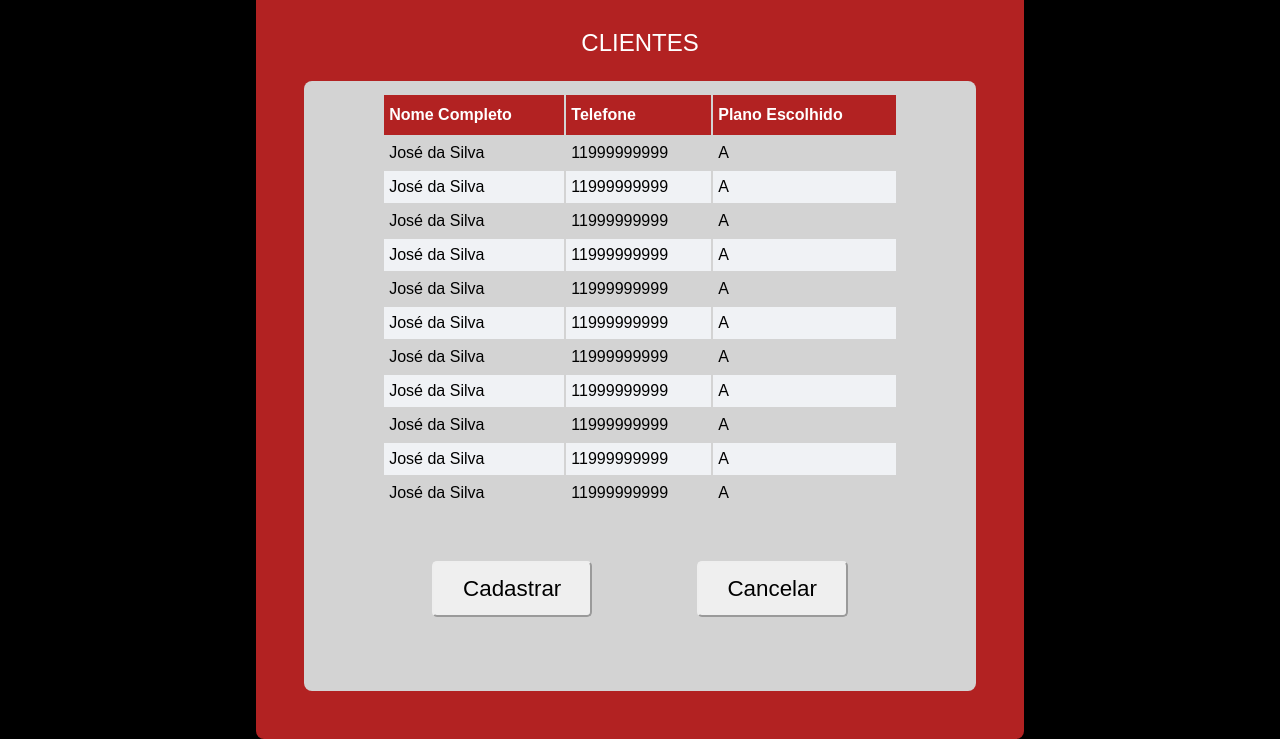
Repository: samantaProspero/projeto_integrador
Page: Versão Atual/PI_Vanila/clientes.html
An editor plug-in stored every save of this project. The page is shown before and after a run of saves, followed by the edit.
The browser window is 1280 px wide. The pictures show the whole page.

Above is the page before, as saved 2021-11-06 14:52:38.

### Versão Atual/PI_Vanila/clientes.html
<!DOCTYPE html>
<html lang="pt-BR">
<head>
  <meta charset="UTF-8">
  <meta http-equiv="X-UA-Compatible" content="IE=edge">
  <meta name="viewport" content="width=device-width, initial-scale=1.0">
  <link rel="stylesheet" type="text/css" href="_css/global.css">
  <link rel="stylesheet" type="text/css" href="_css/clientes.css">
  <title>D Lions</title>
</head>
<body id="clientes-container">
  <section class="clientes-content">
    <p>CLIENTES</p>
    <nav class="clientes-painel">
      <div class="clientes-lista">

        <div class="area-clientes">
          <table>
            <thead>
              <th>Nome Completo</th>
              <th>Telefone</th>
              <th>Plano Escolhido</th>
            </thead>
            <tbody>
              <tr>
                <td>José da Silva</td>
                <td>11999999999</td>
                <td>A</td>
              </tr>
              <tr>
                <td>José da Silva</td>
                <td>11999999999</td>
                <td>A</td>
              </tr>
              <tr>
                <td>José da Silva</td>
                <td>11999999999</td>
                <td>A</td>
              </tr>
              <tr>
                <td>José da Silva</td>
                <td>11999999999</td>
                <td>A</td>
              </tr>
              <tr>
                <td>José da Silva</td>
                <td>11999999999</td>
                <td>A</td>
              </tr>
              <tr>
                <td>José da Silva</td>
                <td>11999999999</td>
                <td>A</td>
              </tr>
              <tr>
                <td>José da Silva</td>
                <td>11999999999</td>
                <td>A</td>
              </tr>
              <tr>
                <td>José da Silva</td>
                <td>11999999999</td>
                <td>A</td>
              </tr>
              <tr>
                <td>José da Silva</td>
                <td>11999999999</td>
                <td>A</td>
              </tr>
              <tr>
                <td>José da Silva</td>
                <td>11999999999</td>
                <td>A</td>
              </tr>
              <tr>
                <td>José da Silva</td>
                <td>11999999999</td>
                <td>A</td>
              </tr>
            </tbody>
          </table>
          <div id="buttons-div">
            <button>Cadastrar</button>
            <button>Cancelar</button>
          </div>
        </div>
      </div>
    </nav>
  </section>
</body>
</html>

### Versão Atual/PI_Vanila/_css/global.css
  :root{
    --red: #E52E4D;
    --green: #33CC95;
    --blue: #5429CC;
    --blue-light: #6933FF;
    --text-title: #363F5F;
    --text-body: #969CB2;
    --background: #f0f2f5;
    --shape: #FFFFFF;
    --primary_dark: #363F5F;
  --secondary_dark: #000000;
    --primary: #FF0000;
    --bg_home: #B22222;
    --bg_cadastro:#A52A2A;
    --icon: #6495ED;
    --bg_frame: #D3D3D3;
  }
  /* font verdana 8 bold */

  *{
    margin: 0;
    padding: 0;
    box-sizing: border-box;
  }

  /* // font-size: 16px (Desktop) */
  html{
    @media (max-width: 1080px){
      font-size: 93.75%; //15px
    }
    @media (max-width: 720px){
      font-size: 87.5%;  //14px
    }
  }
  /* //REM = 1rem = 16px */
  body{
    background: var(--secondary_dark);
    -webkit-font-smoothing: antialiased;
  }

  body, input, textarea, button {
    font-family: 'Poppins', sans-serif;
    font-weight: 400;
  }

  h1, h2, h3, h4, h5, h6, strong {
    font-weight: 600;
  }

  button {
    cursor: pointer;
  }



  /* [disabled] {
    opacity: 0.6;
    cursor: not-allowed;
  }

  .react-modal-overlay{
    background: rgba(0,0,0,0.5);
    position: fixed;

    top: 0;
    bottom: 0;
    right: 0;
    left: 0;

    display: flex;
    align-items: center;
    justify-content: center;
  }

  .react-modal-content{
    width: 100%;
    max-width: 576px;
    background: var(--background);
    padding: 3rem;
    position: relative;
    border-radius: 0.25rem;
  }

  .react-modal-close{
    position: absolute;
    right: 1.5rem;
    top: 1.5rem;
    border: 0;
    background: transparent;
    transition: 0.2s; */

    /* &:hover{
      filter: brightness(0.9)
    }
  } */

### Versão Atual/PI_Vanila/_css/clientes.css
#clientes-container {
  width: 100vw;
  height: 100vh;
  display: flex;
  flex-direction: column;
  align-items: center;
  justify-content: center;
}
.clientes-content {
  width: 60vw;
  max-width: 1000px;
  display: flex;
  flex-direction: column;
  justify-content: center;
  align-items: center;
  padding: 3rem;
  border-radius: 8px;
  background-color: var(--bg_home);
}
.clientes-content p {
  color: var(--shape);
  font-size: 1.5rem;
  text-align: center;
  padding-bottom: 1.5rem;
}
.clientes-painel {
  width: 100%;
}
.clientes-lista {
  width: 100%;
  background-color: var(--bg_frame);
  display: flex;
  justify-content: space-around;
  align-items: center;
  padding: 1.5rem;
  border-radius: 8px;

  padding-top: 0.7rem;
}

.area-clientes {
  overflow-x:auto;
}
.area-clientes table {
  width: 100%;
  /* display: flex;
  align-items: center;
  justify-content: space-between;
  padding: 5px; */
}
.area-clientes table th, td{
  text-align: left;
  padding: 5px;
}
.area-clientes table thead{
  background-color: var(--bg_home);
  /* opacity: 0.8; */
  height: 2.5rem;
  color: var(--shape);
}
.area-clientes table td{
  height: 2rem;
}

.area-clientes tr:nth-child(even) {
  background-color: var(--background)
}
.area-clientes tr:hover {
  background-color: var(--bg_home);
  color: var(--shape);
}
/* .area-clientes label {
  color: var(--text-title);
  font-size: 1.2rem;
} */
/* .area-clientes  input {
  height: 1.5rem;
  padding: 0.8rem;
  margin-left: 1rem;
  border-radius: 5px;
  font-size: 1rem;
  color: var(--text-title);
  border-color: var(--text);
} */

.area-clientes  button{
  /* width: 8rem; */
  height: 3.5rem;
  font-size: 1.4rem;
  padding: 0.8rem 1.8rem;
  border-radius: 5px;
  margin: 50px;
  border-color: var(--text);
}

After the next 2 saves:
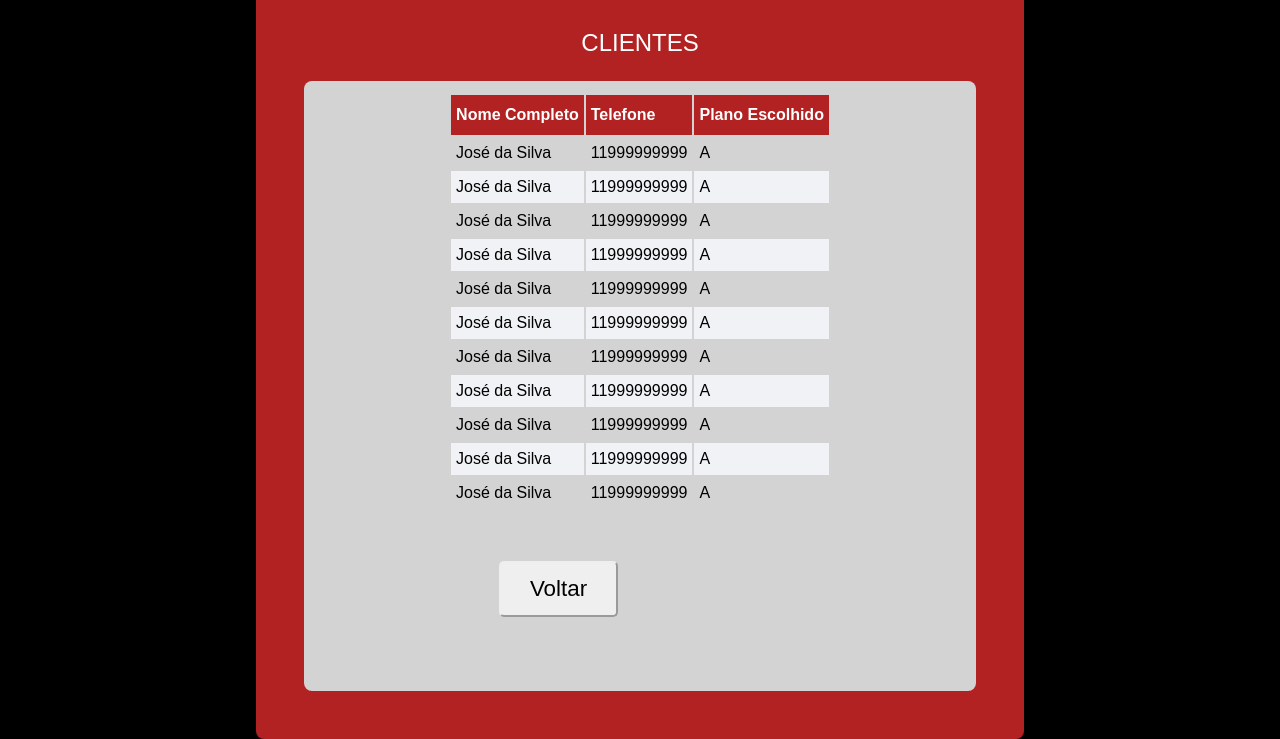
The 2 saves are shown as one change because they came seconds apart.
The last was saved 44 s later.
--- a/Versão Atual/PI_Vanila/clientes.html
+++ b/Versão Atual/PI_Vanila/clientes.html
@@ -80,8 +80,7 @@
             </tbody>
           </table>
           <div id="buttons-div">
-            <button>Cadastrar</button>
-            <button>Cancelar</button>
+            <button>Voltar</button>
           </div>
         </div>
       </div>
